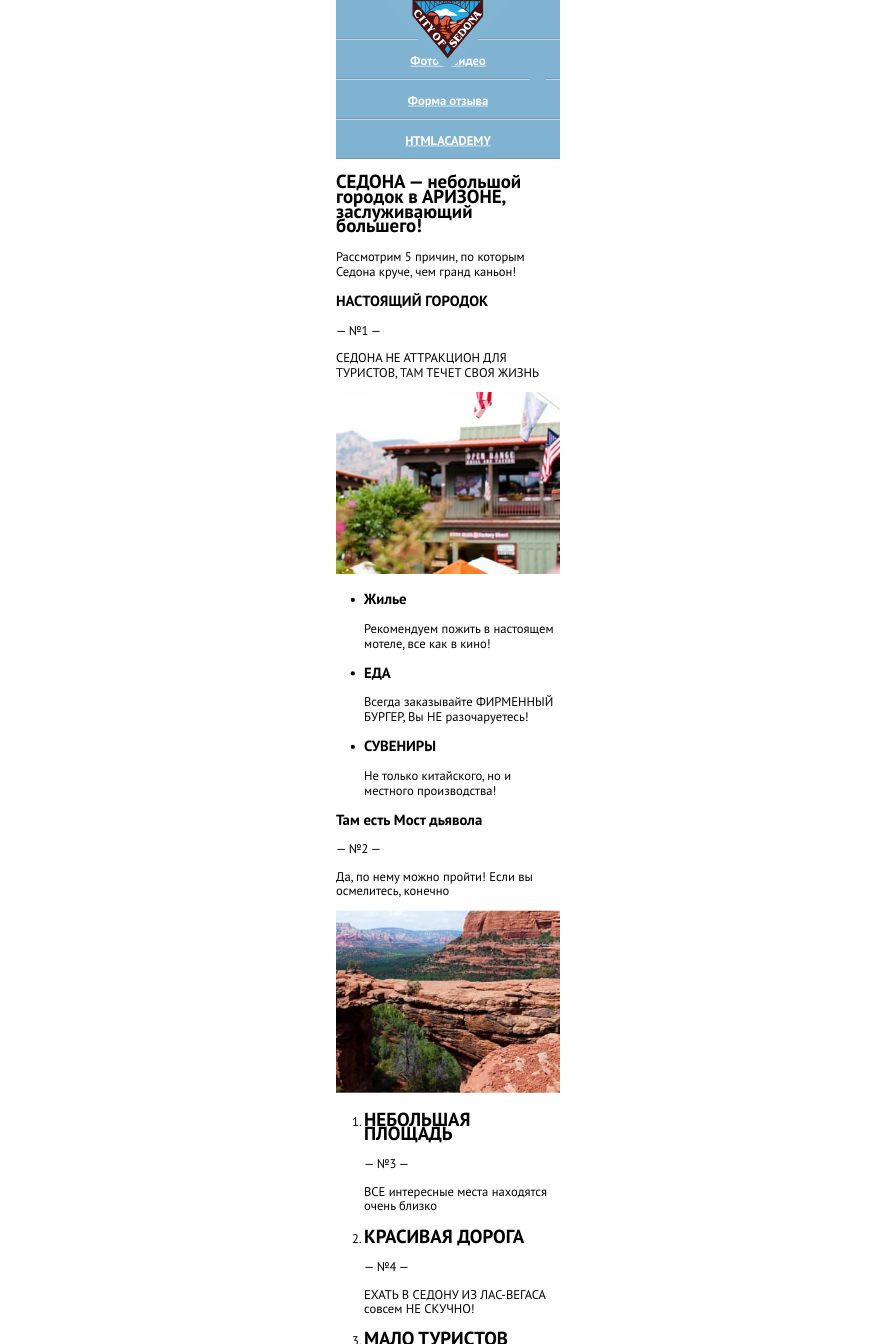
Repository: iKrekus/2149661-sedona-27
Page: source/index.html
These files come from the project's save history. The page is drawn as it stood at one moment and after the next save; the edit follows.
The browser window is 1280 px wide. The pictures show the part of the page from y = 0 to 1920 px (the page is 2666 px tall), at 70% of full size.
The style sheet was rebuilt from its Sass, Less or Tailwind sources for each picture, by a compiler version that may differ from the author's.

Above is the page before, as saved 2022-12-02 21:01:37.

### source/index.html
<!DOCTYPE html>
<html class="page" lang="ru">
  <head>
    <meta charset="utf-8">
    <link rel="stylesheet" href="css/style.css">
    <title>HTML Academy: Седона</title>
  </head>
<body class="page__body">
  <header class="main-header">
    <a class="main-header__logo">
      <img src="img/logos/logo.svg" width="185" height="96" alt="Логотип 'Седона'.">
    </a>
    <div class="main-nav">
      <button class="main-nav__toggle" type="button">
        <span class="visually-hidden">Меню</span>
        <svg width="23" height="22" viewBox="0 0 23 22" fill="none" xmlns="http://www.w3.org/2000/svg"><path d="M22.9 0H0v4h22.9V0ZM22.9 9H0v4h22.9V9ZM22.9 18H0v4h22.9v-4Z" fill="#81B3D2"/></svg>
      </button>
      <nav class="main-nav__wrapper main-nav__wrapper--hidden">
        <a class="main-nav__item main-nav__item--current" href="index.html">
          Главная
        </a>
        <a class="main-nav__item" href="catalog.html">
          Фото и видео
        </a>
        <a class="main-nav__item" href="form.html">
          Форма отзыва
        </a>
        <a class="main-nav__item" href="https://htmlacademy.ru/">
          HTMLACADEMY
        </a>
      </nav>
    </div>
  </header>
  <main class="main-container">
    <h1 class="visually-hidden">Поиск гостиниц в Седоне</h1>
    <div class="hero-wrapper">
      <section class="hero-block">
        <h2 class="hero-block__title">
          СЕДОНА — небольшой городок в АРИЗОНЕ, заслуживающий большего!
        </h2>
        <p class="hero-block__description">
          Рассмотрим 5 причин, по которым Седона круче, чем гранд каньон!
        </p>
      </section>
    </div>
    <section class="features">
        <h3 class="features__features-title">
          НАСТОЯЩИЙ ГОРОДОК
        </h3>
        <p class="features__features-divider">
          <!--Далее будет сделан через псевдоэлемент Или потом будет выводится, как номер пункта в списке, если переделать features в список-->
          — №1 —
        </p>
        <p class="features__features-title">
          СЕДОНА НЕ АТТРАКЦИОН ДЛЯ ТУРИСТОВ, ТАМ ТЕЧЕТ СВОЯ ЖИЗНЬ
        </p>
      <img src="img/photo/sedona-town-mobile.jpg" alt="Фото Города." width="320" height="260">
    </section>
    <section class="advantages">
      <ul class="advantages__list advantages__list--no-number">
        <li class="advantages__item">
          <h3 class="advantages__title">
            Жилье
          </h3>
          <p class="advantages__description">
            Рекомендуем пожить в настоящем мотеле, все как в кино!
          </p>
        </li>
        <li class="advantages__item">
          <h3 class="advantages__title">
            ЕДА
          </h3>
          <p class="advantages__description">
            Всегда заказывайте ФИРМЕННЫЙ БУРГЕР, Вы НЕ разочаруетесь!
          </p>
        </li>
        <li class="advantages__item">
          <h3 class="advantages__title">
            СУВЕНИРЫ
          </h3>
          <p class="advantages__description">
            Не только китайского, но и местного производства!
          </p>
        </li>
      </ul>
    </section>
    <section class="features">
        <h3 class="features__features-title">
          Там есть Мост дьявола
        </h3>
        <p class="features__features-divider">
          <!--Далее будет сделан через псевдоэлемент Или потом будет выводится, как номер пункта в списке, если переделать features в список-->
          — №2 —
        </p>
        <p class="features__features-title">
          Да, по нему можно пройти! Если вы осмелитесь, конечно
        </p>
      <img src="img/photo/devil-gridge-mobile.jpg" alt="Фото - 'Мост дьявола'." width="320" height="260">
    </section>
    <section class="advantages">
      <ol class="advantages__list">
        <li class="advantages__item">
          <h2 class="advantages__title">
            НЕБОЛЬШАЯ ПЛОЩАДЬ
          </h2>
          <p class="advantages__advantages-divider">
            <!--Далее будет сделан через псевдоэлемент Или потом будет выводится, как номер пункта в списке, если переделать features в список-->
            — №3 —
          </p>
          <p class="advantages__description">
            ВСЕ интересные места находятся очень близко
          </p>
        </li>
        <li class="advantages__item">
          <h2 class="advantages__title">
            КРАСИВАЯ ДОРОГА
          </h2>
          <p class="advantages__advantages-divider">
            <!--Далее будет сделан через псевдоэлемент Или потом будет выводится, как номер пункта в списке, если переделать features в список-->
            — №4 —
          </p>
          <p class="advantages__description">
            ЕХАТЬ В СЕДОНУ ИЗ ЛАС-ВЕГАСА совсем НЕ СКУЧНО!
          </p>
        </li>
        <li class="advantages__item">
          <h2 class="advantages__title">
            МАЛО ТУРИСТОВ
          </h2>
          <p class="advantages__advantages-divider">
            <!--Далее будет сделан через псевдоэлемент Или потом будет выводится, как номер пункта в списке, если переделать features в список-->
            — №5 —
          </p>
          <p class="advantages__description">
            Большинство едет в гранд каньони толпится там
          </p>
        </li>
      </ol>
    </section>
    <section class="action-form">
      <h2 class="action-form__title">Заинтересовались?</h2>
      <p class="action-form__description">Укажите предполагаемые даты поездки,<br>и мы покажем вам лучшие предложения гостиниц в Седоне</p>
      <a class="action-form__link button button-serch" href="#">Поиск гостиницы в седоне</a>
    </section>
    <div class="search-map">
      <img src="img/photo/map-mobile.jpg" alt="Карта." width="320" height="350">
    </div>
  </main>
  <footer class="main-footer">
    <p class="main-footer__title">
      #visitSEDONA
    </p>
      <div class="main-footer__social">
          <a class="main-footer__link button" href="https://vk.com/htmlacademy">
              <span class="visually-hidden">Вконтакте</span>
              <svg aria-hidden="true" focusable="false" width="24" height="14" fill="none" xmlns="http://www.w3.org/2000/svg">
                <path fill-rule="evenodd" clip-rule="evenodd" d="M24.116 1.804c.166-.546 0-.948-.795-.948h-2.625c-.668 0-.976.347-1.143.73 0 0-1.335 3.196-3.226 5.272-.612.602-.89.793-1.224.793-.167 0-.418-.19-.418-.738V1.804c0-.656-.184-.948-.74-.948H9.817c-.417
              0-.668.304-.668.593 0 .621.946.765 1.043 2.513V7.76c0 .833-.153.984-.487.984-.89 0-3.055-3.21-4.34-6.885-.249-.715-.5-1.003-1.172-1.003H1.566c-.75 0-.9.347-.9.73 0 .682.89 4.07 4.145 8.551 2.17 3.06 5.225 4.72 8.008 4.72 1.67 0 1.875-.369
              1.875-1.004V11.54c0-.737.158-.884.687-.884.39 0 1.057.192 2.615 1.667 1.78 1.75 2.073 2.533 3.075 2.533h2.625c.75 0 1.126-.368.91-1.096-.238-.724-1.088-1.775-2.215-3.022-.612-.71-1.53-1.475-1.809-1.858-.389-.49-.278-.71 0-1.147 0 0 3.2-4.426
              3.533-5.929h.001Z" fill="#83B3D3"/>
              </svg>
          </a>
          <a class="main-footer__link button" href="https://t.me/htmlacademy">
              <span class="visually-hidden">Телеграмм</span>
              <svg aria-hidden="true" focusable="false" width="18" height="16" fill="none" xmlns="http://www.w3.org/2000/svg">
                <path d="M16.79.96.84 7.1c-1.09.44-1.08 1.05-.2 1.32l4.1 1.28 9.47-5.98c.44-.27.85-.13.52.17l-7.68 6.93-.28 4.22c.41 0 .6-.2.83-.41l1.99-1.94 4.13 3.06c.77.42 1.31.2 1.5-.71l2.72-12.8c.28-1.1-.43-1.61-1.16-1.28Z" fill="#83B3D3"/>
              </svg>
          </a>
          <a class="main-footer__link button" href="https://www.youtube.com/user/htmlacademyru">
              <span class="visually-hidden">Youtube</span>
              <svg aria-hidden="true" focusable="false" width="22" height="17" fill="none" xmlns="http://www.w3.org/2000/svg">
                <path d="M18.94.356H3.507C1.647.356.333 1.95.333 3.756V13.85c0 1.913 1.314 3.506 3.174 3.506H19.16c1.642 0 3.174-1.593 3.174-3.4v-10.2c-.219-1.806-1.532-3.4-3.393-3.4ZM7.995 12.894V4.819l7.333 4.037-7.333 4.038Z" fill="#83B3D3"/>
              </svg>
          </a>
      </div>
      <div class="copyrirht-footer-wrapper">
        <div class="copyrirht-footer">
          <a class="copyrirht-footer__link" href="https://htmlacademy.ru/">
            <span class="copyrirht-footer__description">Разарботанно</span>
            <span class="visually-hidden">HTML Academy</span>
            <svg xmlns="http://www.w3.org/2000/svg" viewBox="0 0 60 60" width="27" height="34"><path fill="#000000" d="M30.2 5h-.2l-19.7 2.1v36.2l19.7 11.7 19.7-11.7v-36.2l-19.5-2.1zm17 36.8l-17.2 10.2-17.2-10.2v-14.8l17.1 10.2v1.8l-11.7-7v1.8l11.8 7.1v1.9l-11.8-7v1.8l11.8 7 11.9-7.1v-7.6l5.3-3.2v15.1zm-.1-17l-4.7 2.8-2.2 1.3-10.3-6.1v1.8l8.8 5.3h-.1l-.2.1-1.3.7-7.3-4.3v1.8l5.8 3.4-1.4.9-4.3-2.6v1.8l2.9 1.7-2.9 1.7-17-10.1 17-10.2 17.2 10zm.1-1.8l-17.3-10.2-17.1 10.2v-13.6l17.2-1.8 17.2 1.8v13.6z"/></svg>
          </a>
        </div>
      </div>
  </footer>
</body>
</html>

### source/sass/style.scss
// Начните писать стили здесь
@use "./blocks/header/main-header.scss";
@use "./blocks/header/main-container.scss";
@use "./blocks/header/main-nav.scss";

@font-face {
  font-family: "PT sans";
  src: url("../fonts/ptsans.woff") format("woof"), url("../fonts/ptsans.woff2") format("woff2");
  font-style: normal;
  font-weight: 400;
  font-display: swap;
}

@font-face {
  font-family: "PT sans";
  src: url("../fonts/ptsansbold.woff") format("woof"), url("../fonts/ptsansbold.woff2") format("woff2");
  font-style: normal;
  font-weight: 700;
  font-display: swap;
}

.page__body {
  font-family: "PT Sans", sans-serif;
  font-size: 18px;
  font-style: normal;
  font-weight: 400;
  line-height: 21px;
  display: -webkit-box;
  display: -ms-flexbox;
  display: flex;
  -webkit-box-orient: vertical;
  -webkit-box-direction: normal;
  -ms-flex-direction: column;
  flex-direction: column;
  min-height: 100%;
  width: 320px;
  margin: 0 auto;
}

.visually-hidden {
  position: absolute;
  width: 1px;
  height: 1px;
  margin: -1px;
  border: 0;
  padding: 0;
  white-space: nowrap;
  clip-path: inset(100%);
  clip: rect(0 0 0 0);
  overflow: hidden;
}

### source/sass/blocks/header/main-header.scss
.main-header {
  background-color: #ffffff;
  position: relative;
}

.main-header__logo {
  position: absolute;
  z-index: 1;
  left: 50%;
  transform: translateX(-50%);
}

/* .main-header__menu {
  width: 100%;
  min-height: 56px;
} */

### source/sass/blocks/header/main-nav.scss
.main-nav {
  /* width: 100%; */
  min-height: 56px;
  /* padding: 0 20px; */
  display: flex;
  justify-content: center;
  align-items: center;
  position: relative;
}

.main-nav__wrapper {
  display: flex;
  flex-direction: column;
  justify-content: center;
  /* align-items: center; */
  width: 100%;
  background-color: #80b2d1;
}

/* .main-nav__wrapper--hidden {
  display: none;
} */

.main-nav__toggle {
  position: absolute;
  right: 20px;
  top: 50%;
  transform: translateY(-50%);
  background: none;
  border: none;
  padding: 0;
  margin: 0;

  /* &:hover + .main-nav__wrapper, */
  &--is-active + .main-nav__wrapper {
    display: block;
  }
}

.main-nav__item {
  text-align: center;
  padding: 17px 20px 12px;
  box-sizing: border-box;
  font-weight: 700;
  font-size: 18px;
  line-height: 26px;
  color: #ffffff;
  border-bottom: 1px solid #678fa8;
}
.main-nav__item:not(:first-child) {
  border-top: 1px solid #e7e5e5;
}

Loaded but not shown: source/sass/blocks/header/main-container.scss (no stored copy; drawn as an empty file)

After the next save:
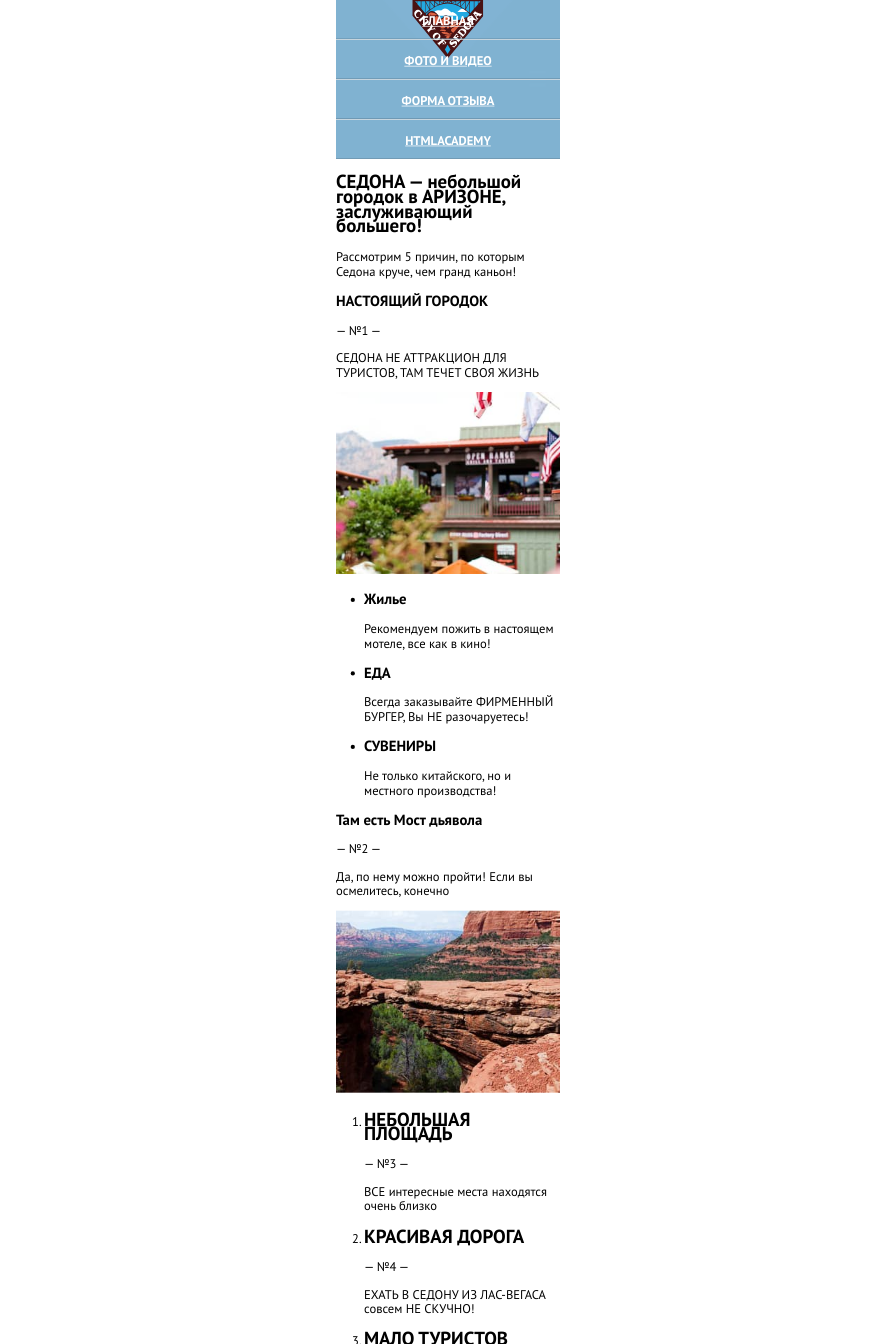
Saved 18 s later.
--- a/source/sass/blocks/header/main-nav.scss
+++ b/source/sass/blocks/header/main-nav.scss
@@ -44,8 +44,10 @@
   font-weight: 700;
   font-size: 18px;
   line-height: 26px;
+  text-transform: uppercase;
   color: #ffffff;
   border-bottom: 1px solid #678fa8;
+  z-index: 2;
 }
 .main-nav__item:not(:first-child) {
   border-top: 1px solid #e7e5e5;
